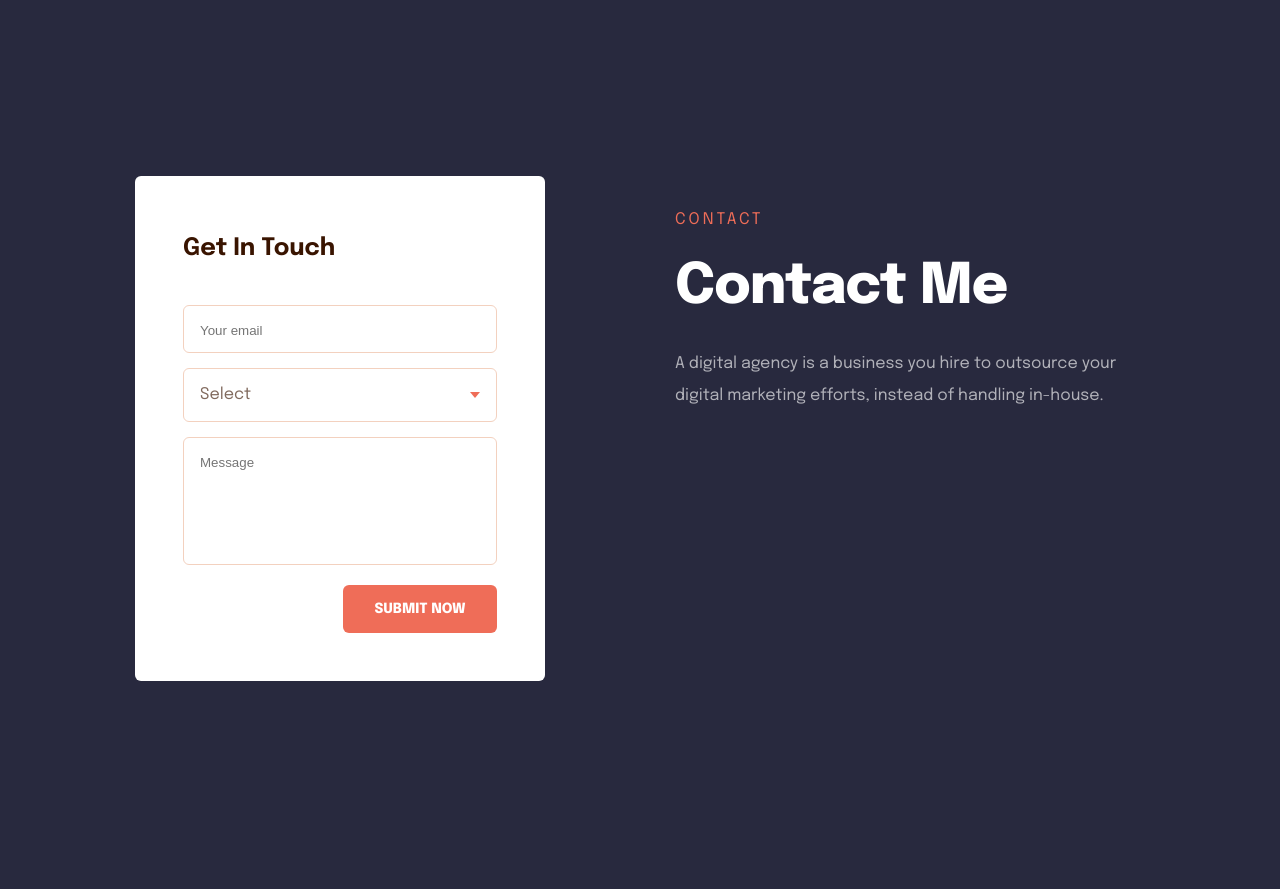
Repository: NatiqSamiyev/form-task-2
Page: index.html
These files come from the project's save history. The page is drawn as it stood at one moment and after the next save; the edit follows.
The browser window is 1280 px wide. The pictures show the whole page.
Some web fonts or font styles are not loaded; a fallback is used.

Above is the page before, as saved 2023-10-30 12:02:44.

After the next save:
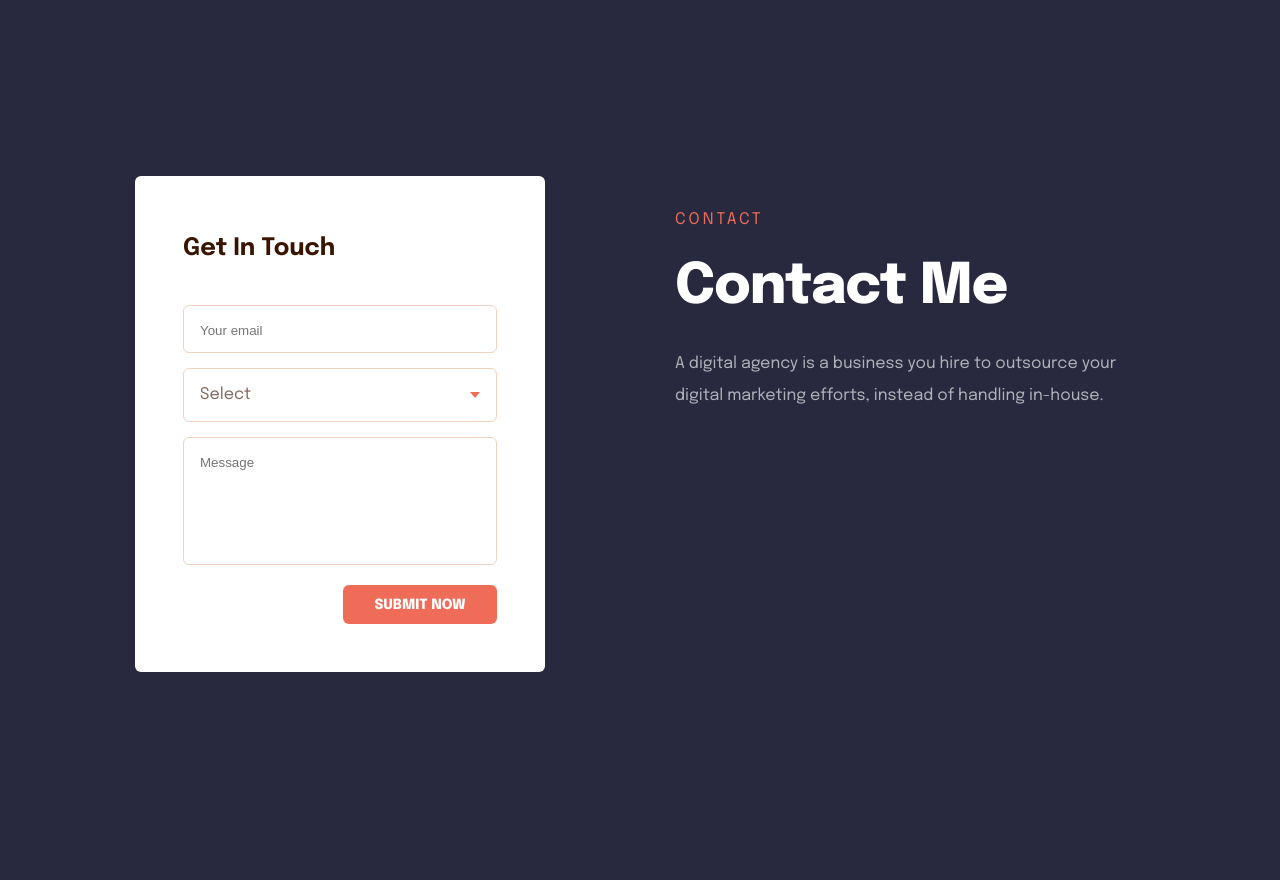
Saved 2 min 8 s later.
--- a/index.css
+++ b/index.css
@@ -17,6 +17,7 @@
 
 form {
   width: 570px;
+  height: 496px;
   padding: 57px 48px 48px 48px;
   border-radius: 6px;
   background: #fff;
